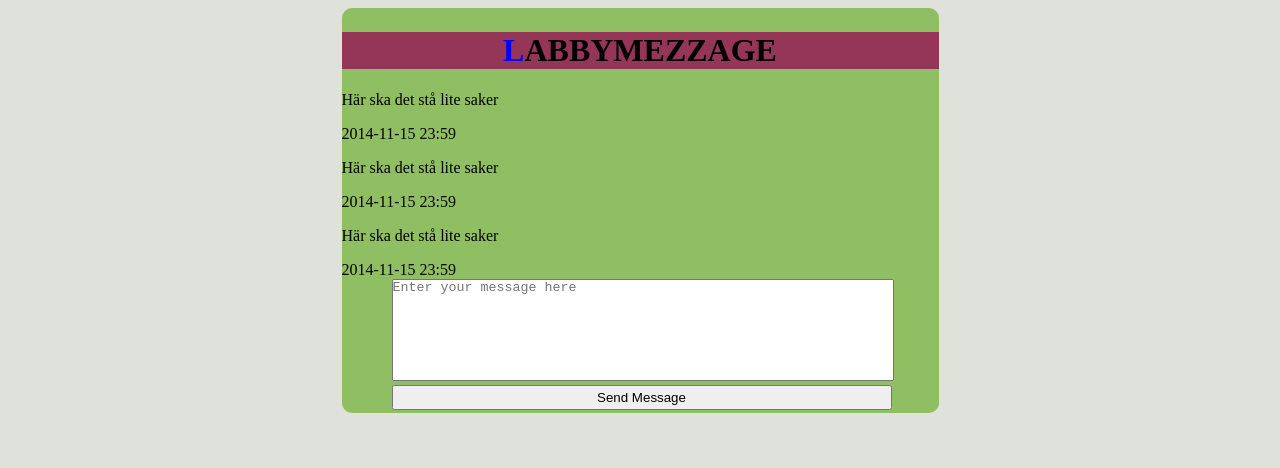
Repository: vr222bt/1dv403-laborationer
Page: 2-labbymezzage/index.html
The author's editor kept a record of every edit. The page is drawn from the files as they stood at one moment, then again after the next edit.
The browser window is 1280 px wide. The pictures show the whole page.

Above is the page before.

After the next edit:
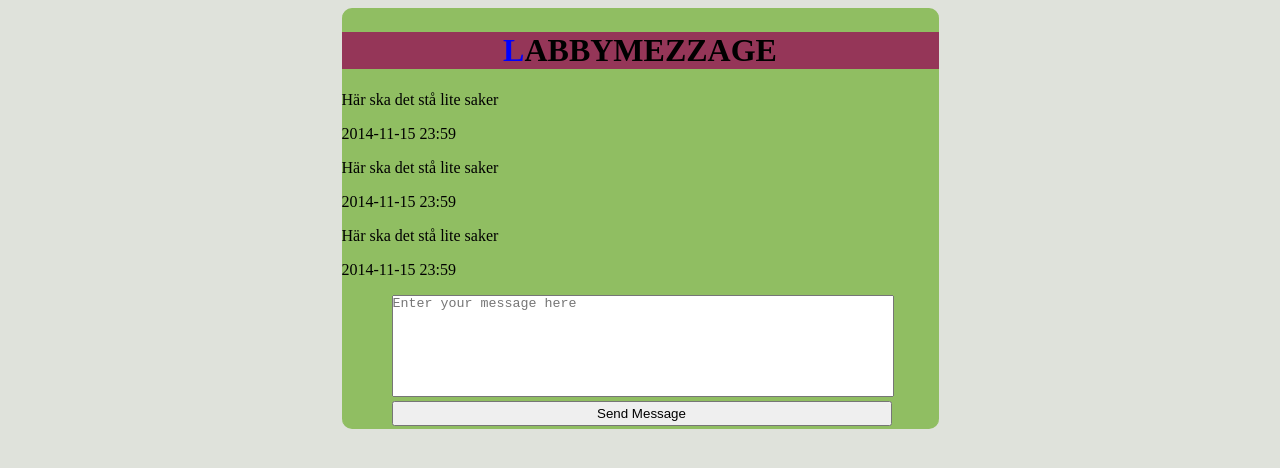
The edit:
--- a/2-labbymezzage/index.html
+++ b/2-labbymezzage/index.html
@@ -22,7 +22,9 @@
                     </div>
                     <div class="message">
                         <p>Här ska det stå lite saker</p>
-                        <footer>2014-11-15 23:59</footer>
+                        <footer>
+                            <p>2014-11-15 23:59</p>
+                        </footer>
                     </div>
                 </div>
                 <form>
